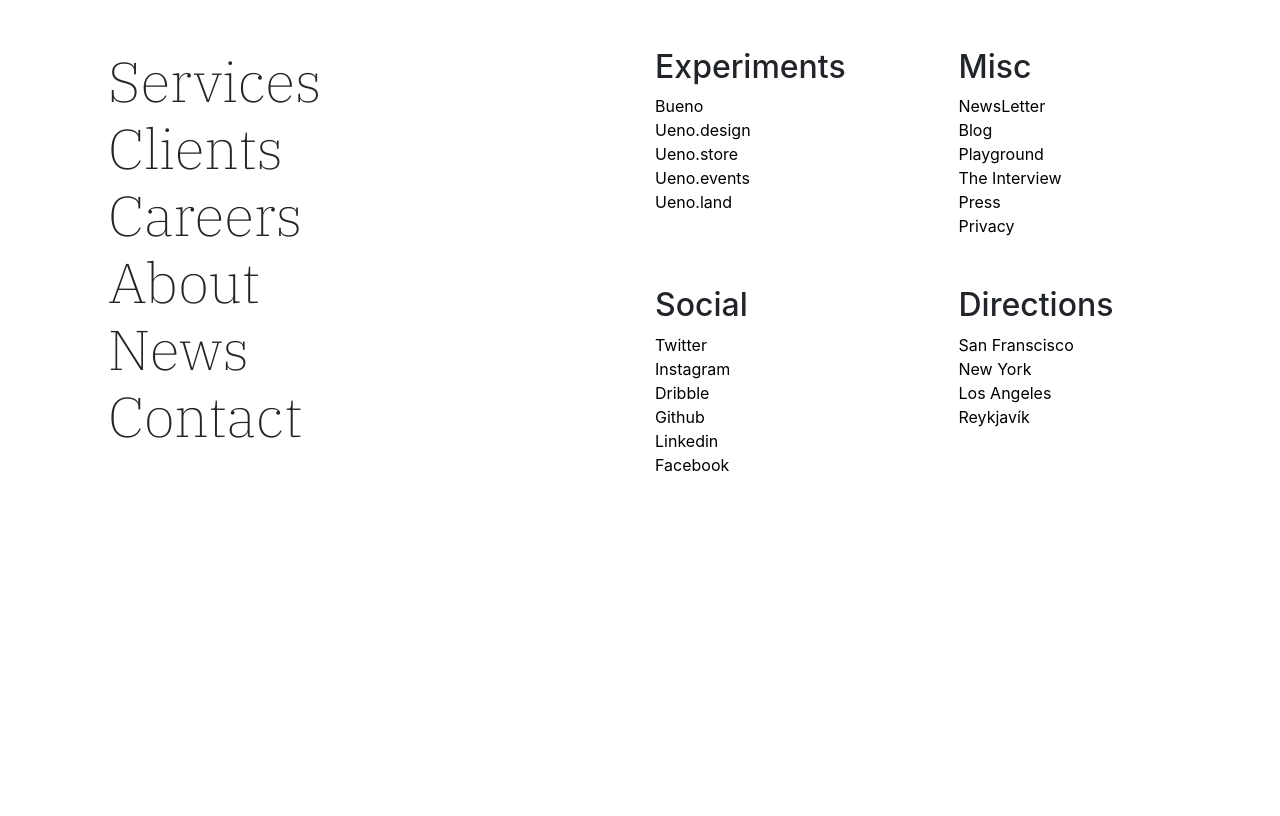
Repository: DeepaPrasanna/UenoClone
Page: /
These files come from the project's save history. The page is drawn as it stood at one moment and after the next save; the edit follows.
The browser window is 1280 px wide. The pictures show the whole page.
The project was rebuilt for these pictures with package versions that can differ from the ones it lists, and the page was loaded fresh each time. Also part of the build but not shown: src/components/Layout/Header.js.

Above is the page before, as saved 2021-05-04 16:47:11.

After the next save:
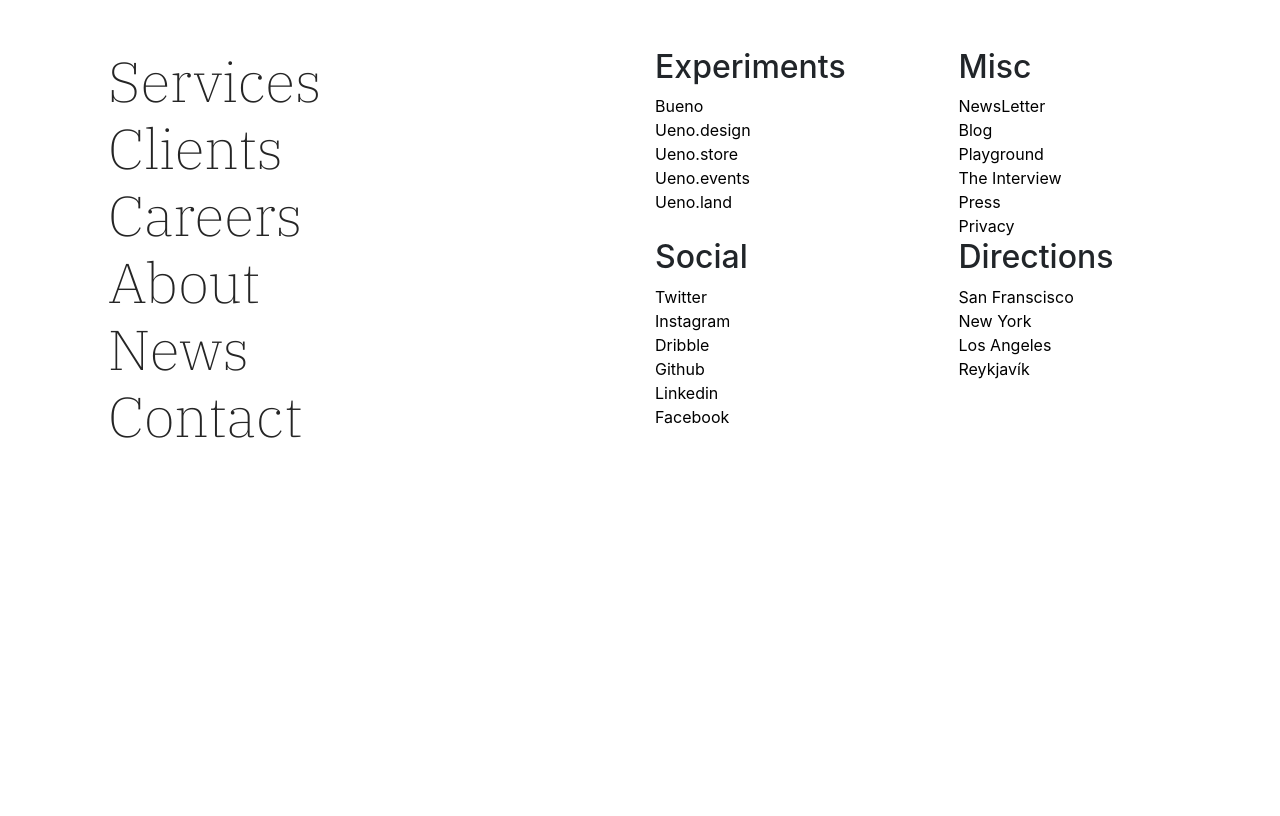
Saved 5 min 46 s later.
--- a/src/index.css
+++ b/src/index.css
@@ -20,18 +20,27 @@
   color: #252525;
 }
 
+.screens-second-column{
+  display: flex;
+flex-wrap: wrap;
+align-items: stretch;
+justify-content: flex-start;
+margin-left: -15px;
+margin-right: -15px;
+flex-direction: row;
+}
 
-.screens-second-column-columns {
+/* .screens-second-column-columns {
   flex: none;
   align-self: stretch;
   padding-left: 15px;
   padding-right: 15px;
-  /* width: 100%; */
+  width: 100%;
   height: 100%;
   margin-bottom: 3em;
   width: 50%;
   max-width: 220px;
-}
+} */
 .screen-second-column-links {
   color: #000;
   padding: 0px 25px 0px 0px!important;
